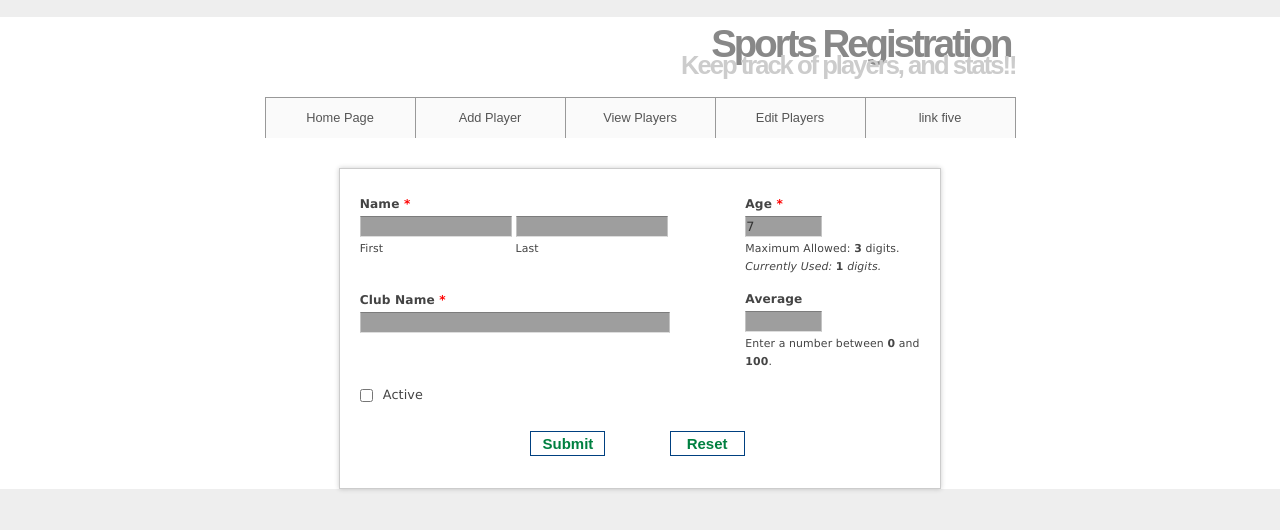
Repository: TrentonAsbury/PHP_FinalProject_Database
Page: http://localhost/addperson.php
An editor plug-in stored every save of this project. The page is shown before and after the next save, followed by the edit.
The browser window is 1280 px wide. The pictures show the whole page.
Pictures or frames that could not be fetched are drawn as grey boxes. The page is run by PHP 8.4 with error messages shown; the project is at /var/www/html/.

Above is the page before, as saved 2017-04-15 11:14:35.

After the next save:
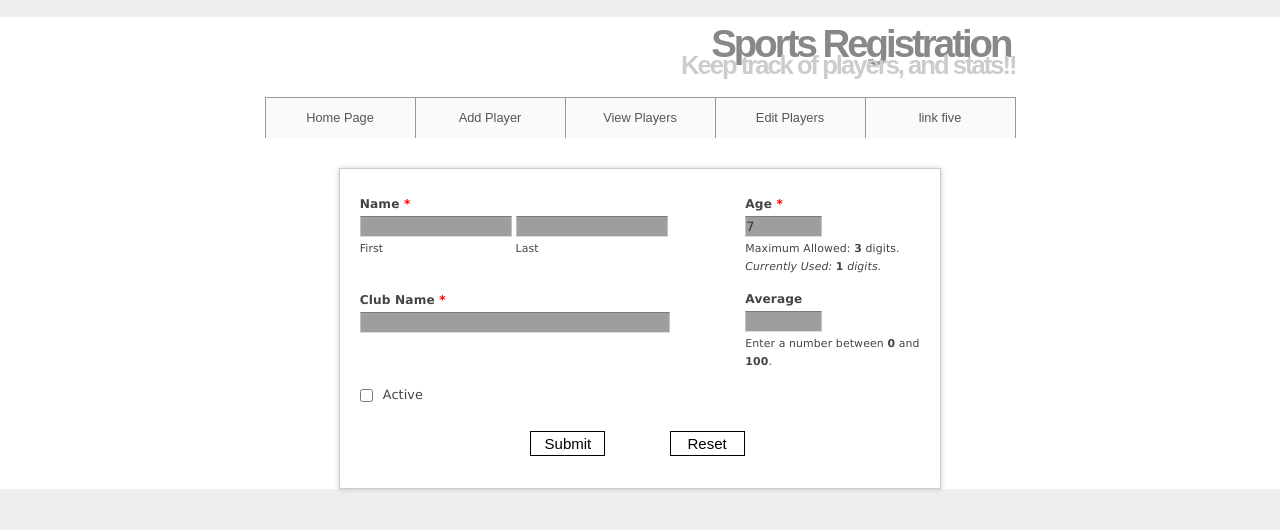
Saved 63 s later.
--- a/FinalProj/css/style.css
+++ b/FinalProj/css/style.css
@@ -109,9 +109,9 @@ footer {
 
 input, select, .input {
 	padding: 5px;
-	font-weight: bold;
+	//font-weight: bold;
 	font-size: 1em;
-	color: #008040;
+	color: #000000;
 	background: #FFFFFF;
-	border:1px solid #004080;
+	border:1px solid #000000;
 }
